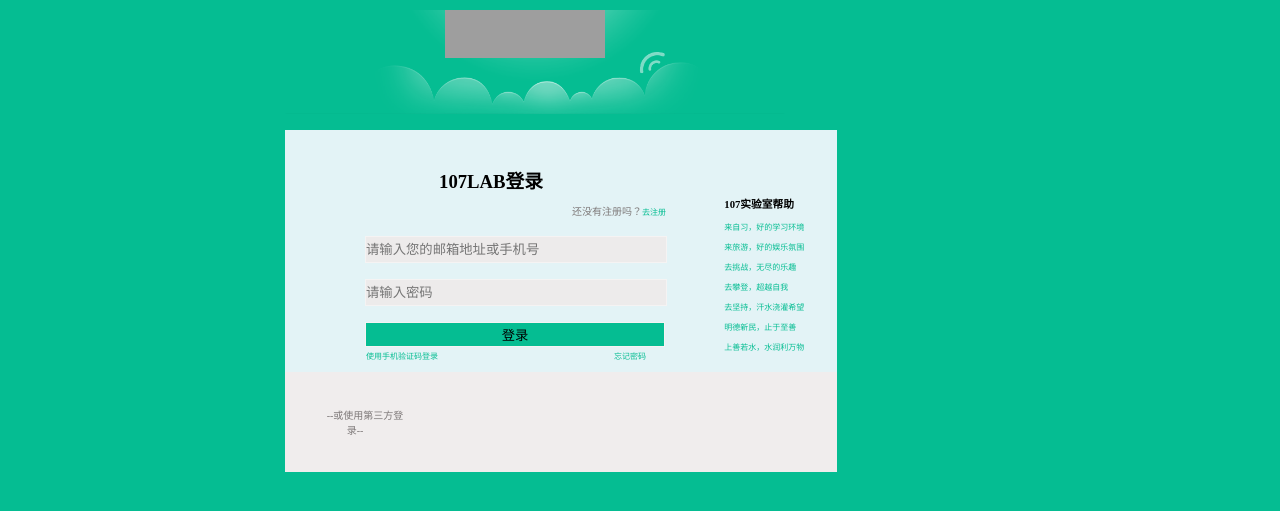
Repository: zz-yy/2023_homework
Page: 第一次考核作业/mazehua/index.html
An editor plug-in stored every save of this project. The page is shown before and after the next save, followed by the edit.
The browser window is 1280 px wide. The pictures show the whole page.
Pictures or frames that could not be fetched are drawn as grey boxes.

Above is the page before, as saved 2024-04-05 14:58:24.

### 第一次考核作业/mazehua/index.html
<!DOCTYPE html>
<html lang="en">

<head>
    <meta charset="UTF-8">
    <meta http-equiv="X-UA-Compatible" content="IE=edge">
    <meta name="viewport" content="width=device-width, initial-scale=1.0">
    <title>107LAB登录</title>
    <!--引入css样式表-->
    <link rel="stylesheet" href="index.css">
    <!--引入图标样式-->
    <link rel="stylesheet" href="./iconfont.css">

</head>

<body>

    <div class="logbj">
        <div class="logo"><img src="./images/logo.png"></div><br>
    </div>

    <div class="login">
        <ul class="left">
            <li>

                    <h3>107LAB登录</h3>
                    <span class="tishi">还没有注册吗？<a href="#">去注册</a></span>



                <form action="#">
                    <input type="text" placeholder="请输入您的邮箱地址或手机号" name="text"><br>
                    <input type="password" placeholder="请输入密码" name="psd"><br>
                    <input class="sub" type="submit" value="登录">
                </form>
                <div class="forget"><span class="L"><a href="#">使用手机验证码登录</a> </span> <span class="R"><a
                            href="#">忘记密码</a></span></div>
            </li>
        </ul>
        <ul class="right">
            <li>
                <h6>107实验室帮助</h6>
            </li>
            <li> <a href="#">来自习，好的学习环境</a></li>
            <li> <a href="#">来旅游，好的娱乐氛围</a></li>
            <li><a href="#">去挑战，无尽的乐趣</a></li>
            <li><a href="#">去攀登，超越自我</a></li>
            <li><a href="#">去坚持，汗水浇灌希望</a></li>
            <li><a href="#">明德新民，止于至善</a></li>
            <li><a href="#">上善若水，水润利万物</a></li>
        </ul>


    </div>
    <div class="third">
        <ul class="third-left">
            <li><span>--或使用第三方登录--</span></li>
            <li></li>
        </ul>
        <ul class="third-right"></ul>
    </div>

</body>

</html>

### 第一次考核作业/mazehua/index.css
* {
    margin: 0px;
    padding: 0px;
    user-select: none;
}

body {

    background: rgb(5, 189, 146);
    float: left;

}

.logbj {
    background-image: url(/images/bg_reg_wave.png);
    background-repeat: no-repeat;
    background-size: 500px;

    width: 550px;
    height: 100px;
    margin: 10px 50%;

    padding: 10px 10px;
}

.logo {
    height: 60px;
    width: 200px;
    margin: 10px 120px;

}

.logo img {
    width: 80%;
    height: 80%;
    position: relative;
    left: 30px;
    top: -20px;
}

.login {
    display: flex;
    height: 250px;
    width: 550px;
    margin: -10px 50%;
    padding: 1px;
    background: #e3f3f6;

}

h3 {
    text-align: center;

}

li {
    width: 90px;
    height: 10px;
    list-style: none;
    position: relative;
    margin: 10px;
}

a {
    text-decoration: none;

}

.tishi {
    float: right;
    font-size: 10px;
    color: #7e7979;
    margin: 10px 0px;
}

a {
    font-size: 8px;
    color: rgb(5, 189, 146);
}

.left {
    width: 400px;
    height: 220px;
    margin: 20px 10px;
    float: left;
    padding: 5px 10px;
}

.left li {
    width: 350px;
    height: 200px;
    margin: 10px 10px;
    float: left;
}

form {
    height: 140px;
    width: 330px;
    margin: 10px 40px;
    padding: 1px;


}

input {
    margin: 8px;
    width: 300px;
    height: 25px;
    outline-style: none;
    background: rgb(237, 235, 235);
    border: 1px solid rgb(245, 243, 243);
}

.sub {
    background: rgb(5, 189, 146);
}

.right {
    height: 220px;
    width: 120px;
    float: right;
    padding: 5px;
    margin: 50px 2.5px;
}

.forget {
    width: 280px;
    height: 20px;
    margin: -10px 50px;
}

.L {
    float: left;
}

.R {
    float: right;
}

.third {
    display: flex;
    width: 552px;
    height: 100px;
    background: rgb(240, 237, 237);
    position: relative;
    top: 0px;
    left: 50%;
    font-size: 10px;
    color: #7e7979;
    text-align: center;
}

.third span {
    text-align: center;
    width: 552px;
    height: 30px;
    padding: 10px;
}

.third-left {
    width: 400px;
    height: 100px;
    margin: 20px 10px;
    float: left;
    padding: 5px 10px;
}

.third-right {
    height: 220px;
    width: 100px;
    float: right;
    padding: 5px;
    margin: 50px 2.5px;
}

### 第一次考核作业/mazehua/iconfont/iconfont.css
@font-face {
  font-family: "iconfont"; /* Project id  */
  src: url('iconfont.ttf?t=1712408906963') format('truetype');
}

.iconfont {
  font-family: "iconfont" !important;
  font-size: 16px;
  font-style: normal;
  -webkit-font-smoothing: antialiased;
  -moz-osx-font-smoothing: grayscale;
}

.icon-qq:before {
  content: "\e66a";
}

.icon-weixin:before {
  content: "\e633";
}

.icon-zhanghu:before {
  content: "\e62b";
}

.icon-weixin1:before {
  content: "\e64b";
}

.icon-qq-copy:before {
  content: "\e658";
}

.icon-QQ:before {
  content: "\e73e";
}

.icon-GitHub:before {
  content: "\ea0a";
}

.icon-Oracle:before {
  content: "\ea23";
}

.icon-QQ1:before {
  content: "\e882";
}

.icon-zaixianlianxi:before {
  content: "\e6a7";
}

.icon-QQkongjian:before {
  content: "\e666";
}

.icon-QQ2:before {
  content: "\e667";
}

.icon-search:before {
  content: "\e611";
}

.icon-qq1:before {
  content: "\e636";
}

.icon-weixin2:before {
  content: "\e782";
}

.icon-weixin3:before {
  content: "\e607";
}

.icon-QQ3:before {
  content: "\ea94";
}

After the next save:
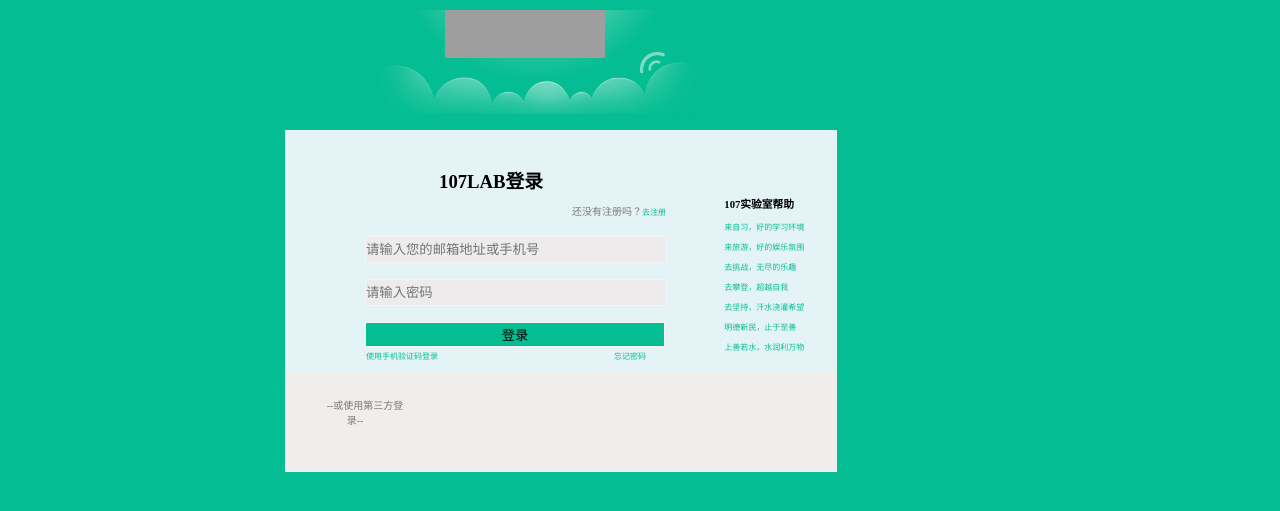
Saved 36 s later.
--- a/第一次考核作业/mazehua/index.css
+++ b/第一次考核作业/mazehua/index.css
@@ -160,7 +160,7 @@ input {
 .third-left {
     width: 400px;
     height: 100px;
-    margin: 20px 10px;
+    margin: 10px 10px;
     float: left;
     padding: 5px 10px;
 }
